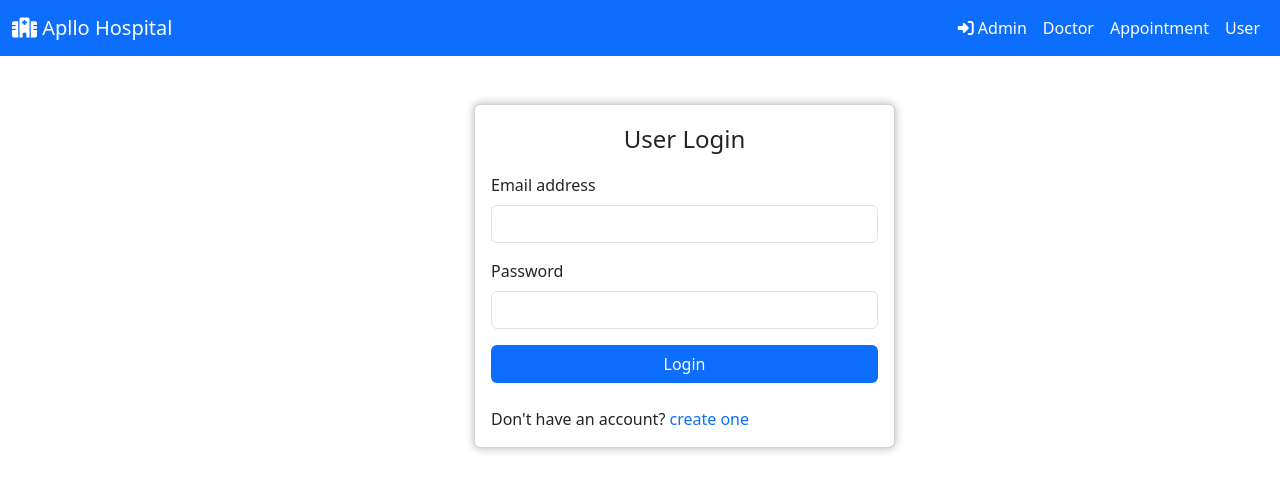
Repository: Subhadip09/Hospital-Management-System
Page: http://localhost/Hospital-Management-System/user_login.jsp
These files come from the project's save history. The page is drawn as it stood at one moment and after the next save; the edit follows.
The browser window is 1280 px wide. The pictures show the whole page.
The page is served by Tomcat 9. Other server files are loaded and not shown.

Above is the page before, as saved 2024-04-06 05:33:07.

### Hospital-Management-System/src/main/webapp/user_login.jsp
<%@ page language="java" contentType="text/html; charset=UTF-8"
	pageEncoding="UTF-8"%>
<!DOCTYPE html>
<html>
<head>
<meta charset="UTF-8">
<title>User Login Page</title>
<%@include file="component/allcss.jsp"%>

<style type="text/css">
.paint-card {
	box-shadow: 0 0 10px 0 rgba(0, 0, 0, 0.3);
}
</style>

</head>
<body>
	<%@include file="component/navbar.jsp"%>

	<div class="container p-5">
		<div class="row">
			<div class="col-md-5 offset-md-4">
				<div class="card paint-card">
					<div class="card-body">
						<p class="fs-4 text-center">User Login</p>

						<form action="#" method="post">
							<div class="mb-3">
								<label class="form-label">Email address</label> <input required
									name="email" type="email" class="form-control">
							</div>

							<div class="mb-3">
								<label class="form-label">Password</label> <input required
									name="password" type="password" class="form-control">
							</div>

							<button type="submit" class="btn bg-primary text-white col-md-12">Login</button>
						</form>

						<br>
						Don't have an account?
						<a href="signup.jsp" class="text-decoration-none">create one</a>

					</div>
				</div>
			</div>
		</div>
	</div>

</body>
</html>

### Hospital-Management-System/src/main/webapp/component/allcss.jsp
<link
	href="https://cdn.jsdelivr.net/npm/bootstrap@5.3.3/dist/css/bootstrap.min.css"
	rel="stylesheet"
	integrity="sha384-QWTKZyjpPEjISv5WaRU9OFeRpok6YctnYmDr5pNlyT2bRjXh0JMhjY6hW+ALEwIH"
	crossorigin="anonymous">

<link rel="stylesheet"
	href="https://cdnjs.cloudflare.com/ajax/libs/font-awesome/6.5.2/css/all.min.css"
	integrity="sha512-SnH5WK+bZxgPHs44uWIX+LLJAJ9/2PkPKZ5QiAj6Ta86w+fsb2TkcmfRyVX3pBnMFcV7oQPJkl9QevSCWr3W6A=="
	crossorigin="anonymous" referrerpolicy="no-referrer" />

<script
	src="https://cdn.jsdelivr.net/npm/bootstrap@5.3.3/dist/js/bootstrap.bundle.min.js"
	integrity="sha384-YvpcrYf0tY3lHB60NNkmXc5s9fDVZLESaAA55NDzOxhy9GkcIdslK1eN7N6jIeHz"
	crossorigin="anonymous"></script>

### Hospital-Management-System/src/main/webapp/component/navbar.jsp
<nav class="navbar navbar-expand-lg navbar-dark bg-primary">
	<div class="container-fluid">
		<a class="navbar-brand" href="index.jsp"><i class="fa-solid fa-hospital"></i> Apllo Hospital</a>
		<button class="navbar-toggler" type="button" data-bs-toggle="collapse"
			data-bs-target="#navbarSupportedContent"
			aria-controls="navbarSupportedContent" aria-expanded="false"
			aria-label="Toggle navigation">
			<span class="navbar-toggler-icon"></span>
		</button>
		<div class="collapse navbar-collapse" id="navbarSupportedContent">
			<ul class="navbar-nav ms-auto mb-2 mb-lg-0">

				<li class="nav-item"><a class="nav-link active"
					aria-current="page" href="admin_login.jsp"><i class="fa-solid fa-right-to-bracket"></i> Admin</a></li>

				<li class="nav-item"><a class="nav-link active"
					aria-current="page" href="doctor_login.jsp">Doctor</a></li>

				<li class="nav-item"><a class="nav-link active"
					aria-current="page" href="#">Appointment</a></li>

				<li class="nav-item"><a class="nav-link active"
					aria-current="page" href="user_login.jsp">User</a></li>


				<!-- <li class="nav-item dropdown"><a
					class="nav-link dropdown-toggle" href="#" role="button"
					data-bs-toggle="dropdown" aria-expanded="false"> Dropdown </a>
					<ul class="dropdown-menu">
						<li><a class="dropdown-item" href="#">Action</a></li>
						<li><a class="dropdown-item" href="#">Another action</a></li>
						<li><hr class="dropdown-divider"></li>
						<li><a class="dropdown-item" href="#">Something else here</a></li>
					</ul></li> -->


			</ul>
		</div>
	</div>
</nav>

After the next save:
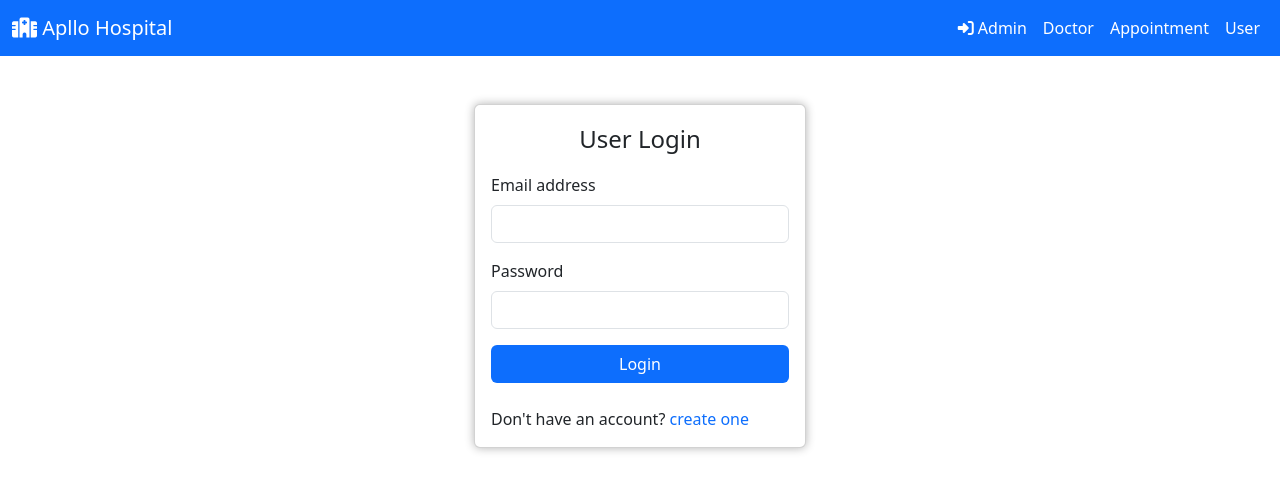
Saved 9 s later.
--- a/Hospital-Management-System/src/main/webapp/user_login.jsp
+++ b/Hospital-Management-System/src/main/webapp/user_login.jsp
@@ -19,7 +19,7 @@
 
 	<div class="container p-5">
 		<div class="row">
-			<div class="col-md-5 offset-md-4">
+			<div class="col-md-4 offset-md-4">
 				<div class="card paint-card">
 					<div class="card-body">
 						<p class="fs-4 text-center">User Login</p>
